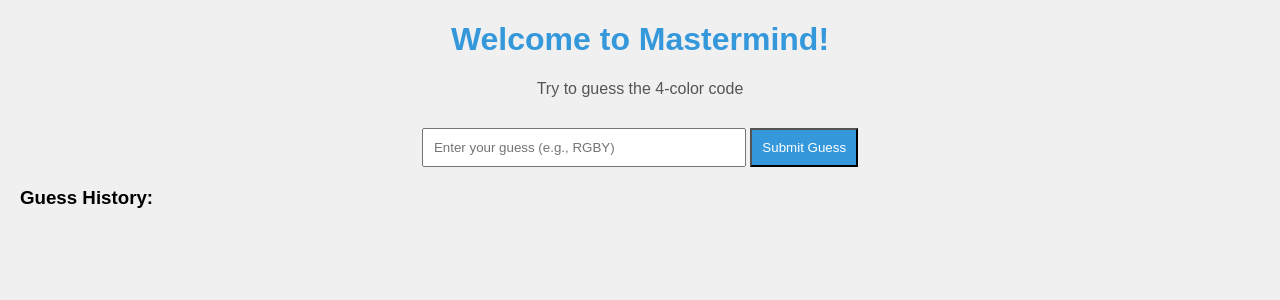
Repository: cheasopheaknita/Mastermind_Game
Page: http://localhost/
These files come from the project's save history. The page is drawn as it stood at one moment and after the next save; the edit follows.
The browser window is 1280 px wide. The pictures show the whole page.
The page is served by the project's application, run on Flask 3 (mastermind_project/app.py).

Above is the page before, as saved 2024-02-06 01:39:49.

### mastermind_project/templates/mastermind_game.html
<!-- mastermind_game.html -->
<!DOCTYPE html>
<html lang="en">
<head>
    <meta charset="UTF-8">
    <meta name="viewport" content="width=device-width, initial-scale=1.0">
    <title>Mastermind Game</title>
    <style>
        body {
            font-family: 'Arial', sans-serif;
            background-color: #f0f0f0;
            text-align: center;
            margin: 20px;
        }

        h1 {
            color: #3498db;
        }

        p {
            color: #555;
        }

        #result {
            margin-top: 20px;
            font-weight: bold;
            color: #27ae60;
        }

        #userGuess {
            padding: 10px;
            margin-top: 10px;
            width: 300px; /* Adjust the width as needed */
        }

        button {
            padding: 10px;
            background-color: #3498db;
            color: #fff;
            cursor: pointer;
        }

        #history {
            margin-top: 20px;
            text-align: left;
        }
    </style>
</head>
<body>
    <h1>Welcome to Mastermind!</h1>
    <p>Try to guess the 4-color code </p>

    <div id="result"></div>

    <input type="text" id="userGuess" placeholder="Enter your guess (e.g., RGBY)" size="30">
    <button onclick="submitGuess()">Submit Guess</button>

    <div id="history">
        <h3>Guess History:</h3>
        <ul id="guessHistory"></ul>
    </div>

    <script>
        function submitGuess() {
            var userGuess = document.getElementById("userGuess").value;

            fetch('/submit_guess', {
                method: 'POST',
                headers: {
                    'Content-Type': 'application/json',
                },
                body: JSON.stringify({ guess: userGuess }),
            })
            .then(response => response.json())
            .then(data => {
                // Handle the response from Flask
                document.getElementById("result").innerText = data.result || data.error;
                updateGuessHistory(userGuess, data.result || data.error);
            })
            .catch(error => {
                console.error('Error:', error);
            });
        }

        function updateGuessHistory(guess, result) {
            var historyList = document.getElementById("guessHistory");
            var listItem = document.createElement("li");
            listItem.appendChild(document.createTextNode(`Guess: ${guess} - Result: ${result}`));
            historyList.appendChild(listItem);
        }
    </script>
</body>
</html>

### mastermind_project/app.py
# app.py
from flask import Flask, render_template, request, jsonify
import random

app = Flask(__name__)

def generate_secret_code():
    colors = ['R', 'G', 'B', 'Y', 'O', 'P']
    return [random.choice(colors) for _ in range(4)]

def evaluate_guess(secret_code, guess):
    correct_color_and_position = sum(s == g for s, g in zip(secret_code, guess))
    correct_color_only = sum(min(secret_code.count(c), guess.count(c)) for c in set(secret_code)) - correct_color_and_position
    return correct_color_and_position, correct_color_only

secret_code = generate_secret_code()

@app.route('/')
def index():
    return render_template('mastermind_game.html', secret_code=secret_code)

@app.route('/submit_guess', methods=['POST'])
def submit_guess():
    user_guess = request.json.get('guess')

    # Validate the guess here if needed
    if len(user_guess) != 4 or not all(color in 'RGBYOP' for color in user_guess):
        return jsonify({'error': 'Invalid input. Please enter a 4-color code using the letters R, G, B, Y, O, P.'})

    correct_color_and_position, correct_color_only = evaluate_guess(secret_code, user_guess)

    if correct_color_and_position == 4:
        result_message = f"Congratulations! You've guessed the code {secret_code}."
    else:
        result_message = f"Correct color and position: {correct_color_and_position}, Correct color only: {correct_color_only}."

    return jsonify({'result': result_message})

if __name__ == '__main__':
    app.run(debug=True)

After the next save:
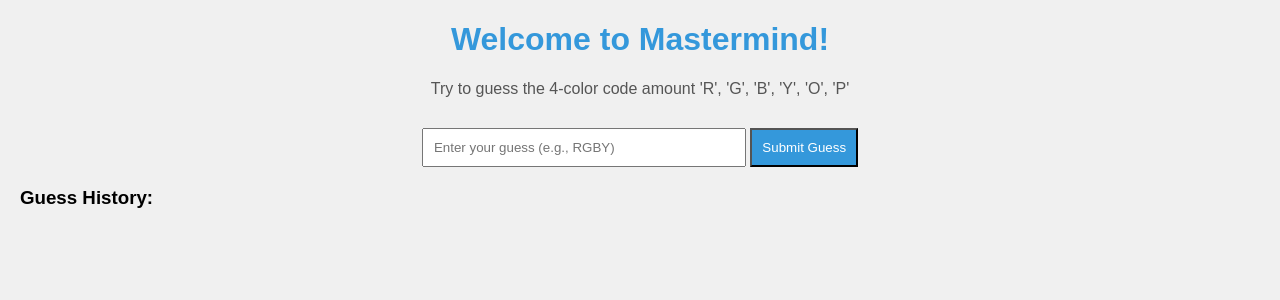
Saved 10 s later.
--- a/mastermind_project/templates/mastermind_game.html
+++ b/mastermind_project/templates/mastermind_game.html
@@ -48,7 +48,7 @@
 </head>
 <body>
     <h1>Welcome to Mastermind!</h1>
-    <p>Try to guess the 4-color code </p>
+    <p>Try to guess the 4-color code amount 'R', 'G', 'B', 'Y', 'O', 'P'</p>
 
     <div id="result"></div>
 
